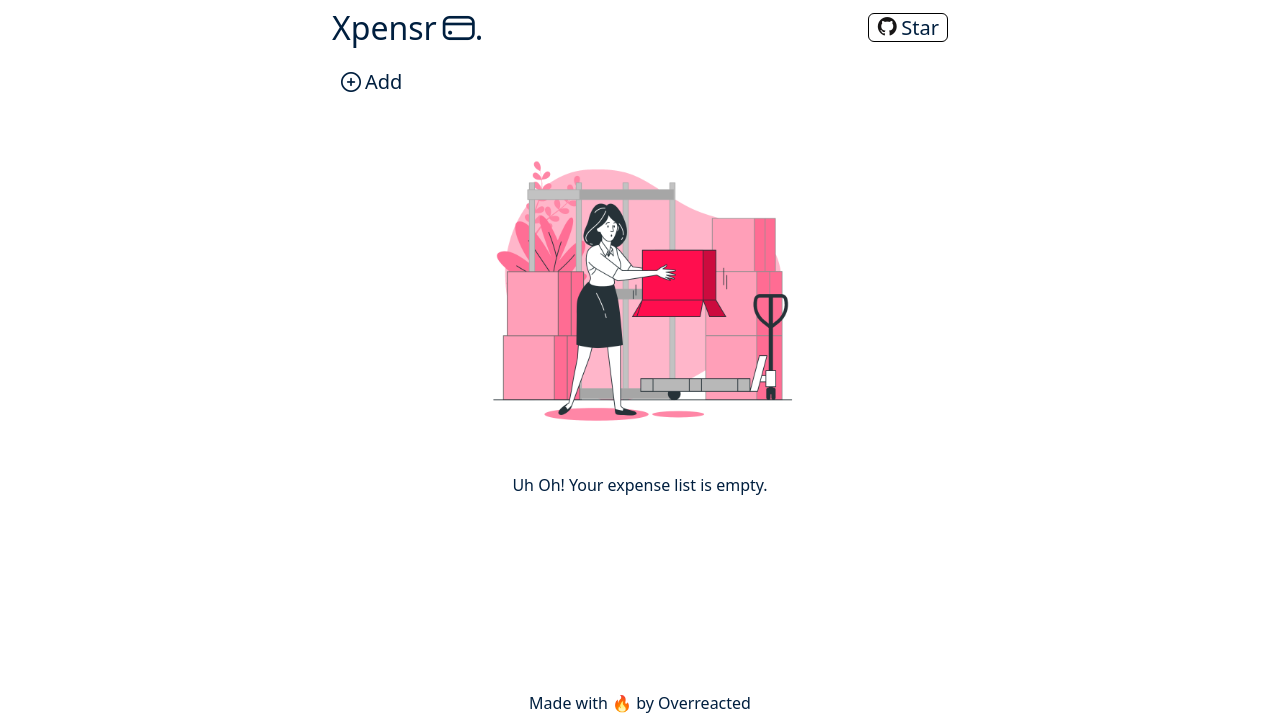
Repository: om1ars/task3
Page: /
These files come from the project's save history. The page is drawn as it stood at one moment and after the next save; the edit follows.
The browser window is 1280 px wide. The pictures show the whole page.
Some web libraries are served in a nearby version. The project was rebuilt for these pictures with package versions that can differ from the ones it lists, and the page was loaded fresh each time. Also part of the build but not shown: src/constants/add-expense.js, src/components/add-form/add-form.css, src/components/add-form/success-modal.css, src/components/add-form/success-modal.js, src/components/add-form/index.js, src/pages/add-expense/add-expense.css, src/pages/add-expense/index.js, src/components/expense-list/card.css and 1 more.

Above is the page before, as saved 2021-12-18 14:39:25.

After the next save:
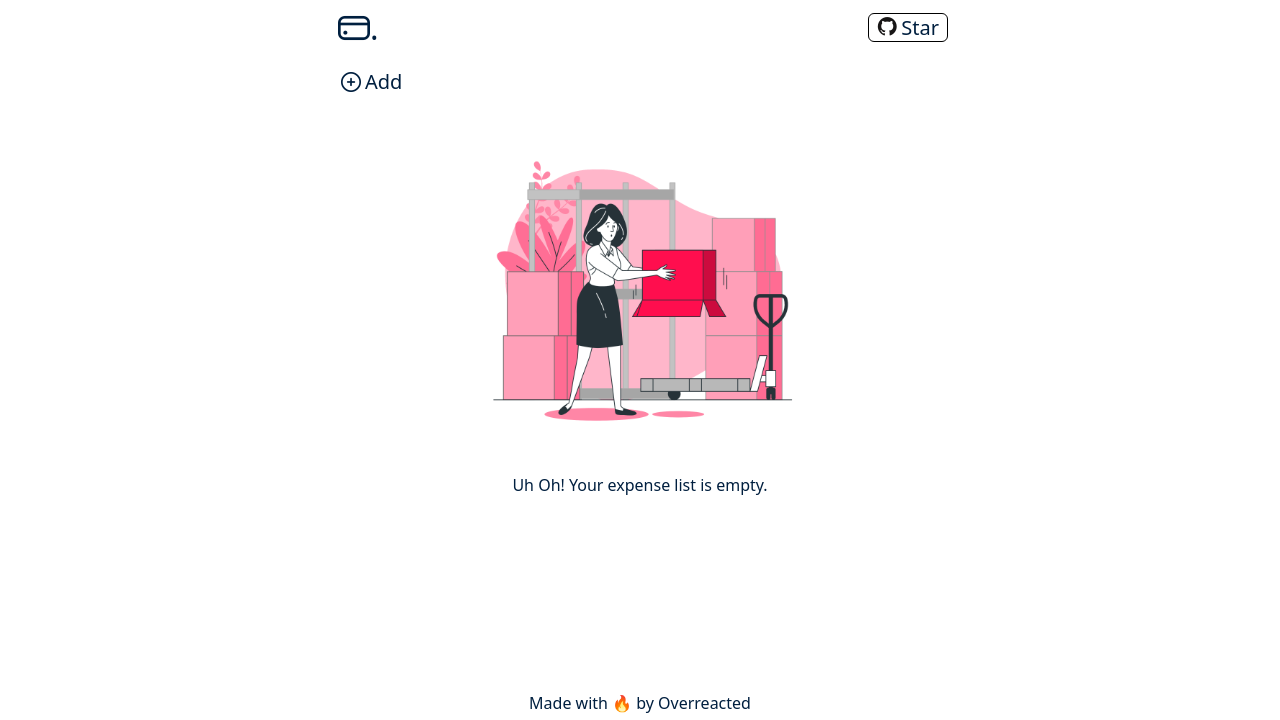
Saved 52 s later.
--- a/src/components/header/index.js
+++ b/src/components/header/index.js
@@ -5,7 +5,7 @@ const Header = () => {
     <div className="header-container">
       <div className="header">
         <div className="header-logo">
-          Xpensr
+
           <i class="fi-rr-credit-card" />.
         </div>
         <div className="header-button">
